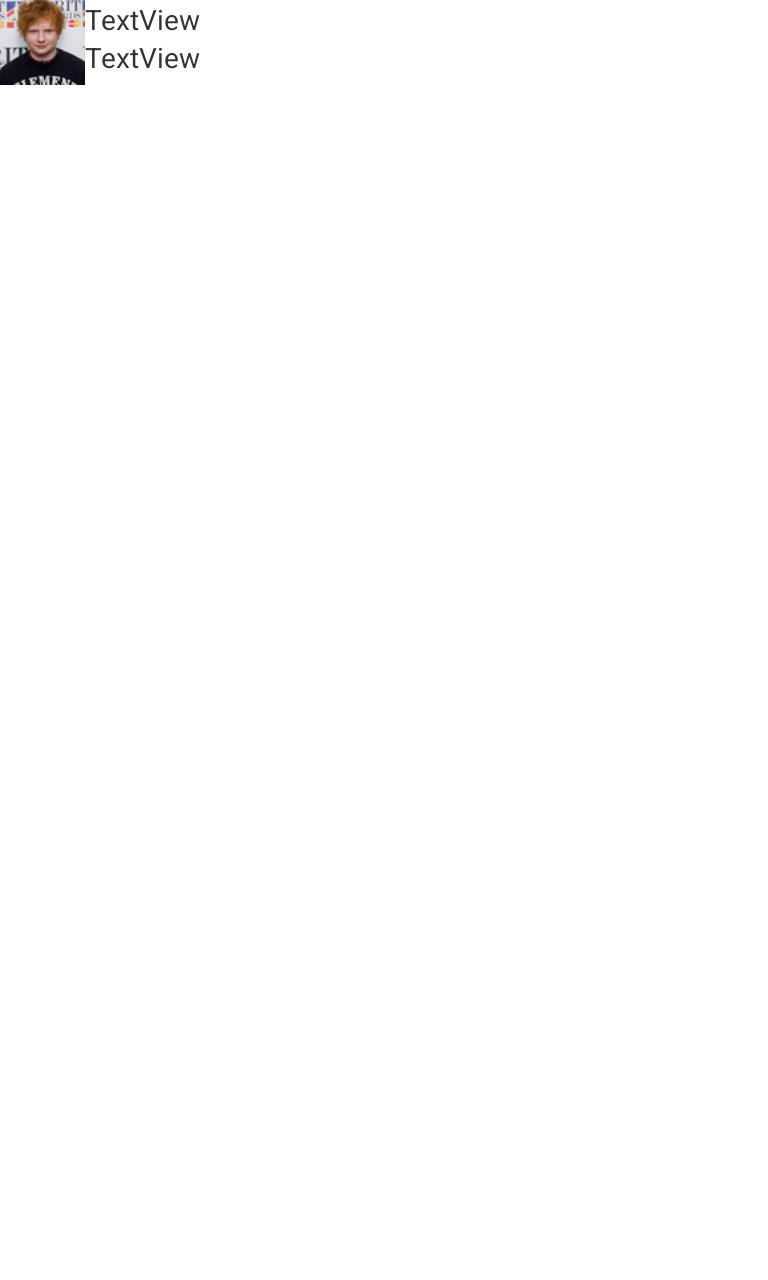
Repository: sam-stewart/in721
Layout: Eclipse/WebServices2/res/layout/artist_list_item.xml
The author's editor kept a copy of each file at every save. The layout is drawn from the files as they stood at one save, then again after the next save.
It is drawn on a 768 x 1280 px phone screen (xhdpi) without system bars, with theme AppTheme; the app's code is not run.

Above is the layout before, as saved 2015-04-14 07:42:43.

After the next save:
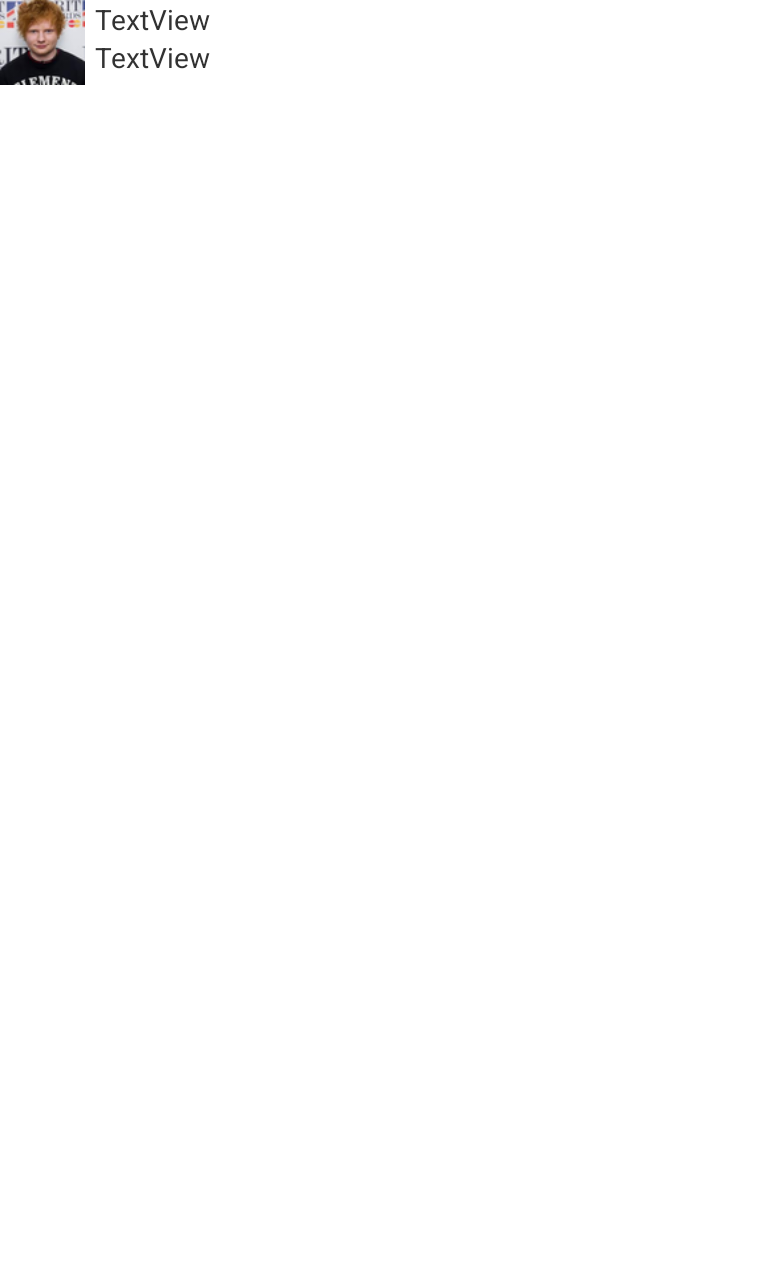
Saved 47 s later.
--- a/Eclipse/WebServices2/res/layout/artist_list_item.xml
+++ b/Eclipse/WebServices2/res/layout/artist_list_item.xml
@@ -8,6 +8,7 @@
         android:id="@+id/list_imageView"
         android:layout_width="wrap_content"
         android:layout_height="wrap_content"
+        android:layout_marginRight="5dp"
         android:src="@drawable/ed" />
 
     <TextView
